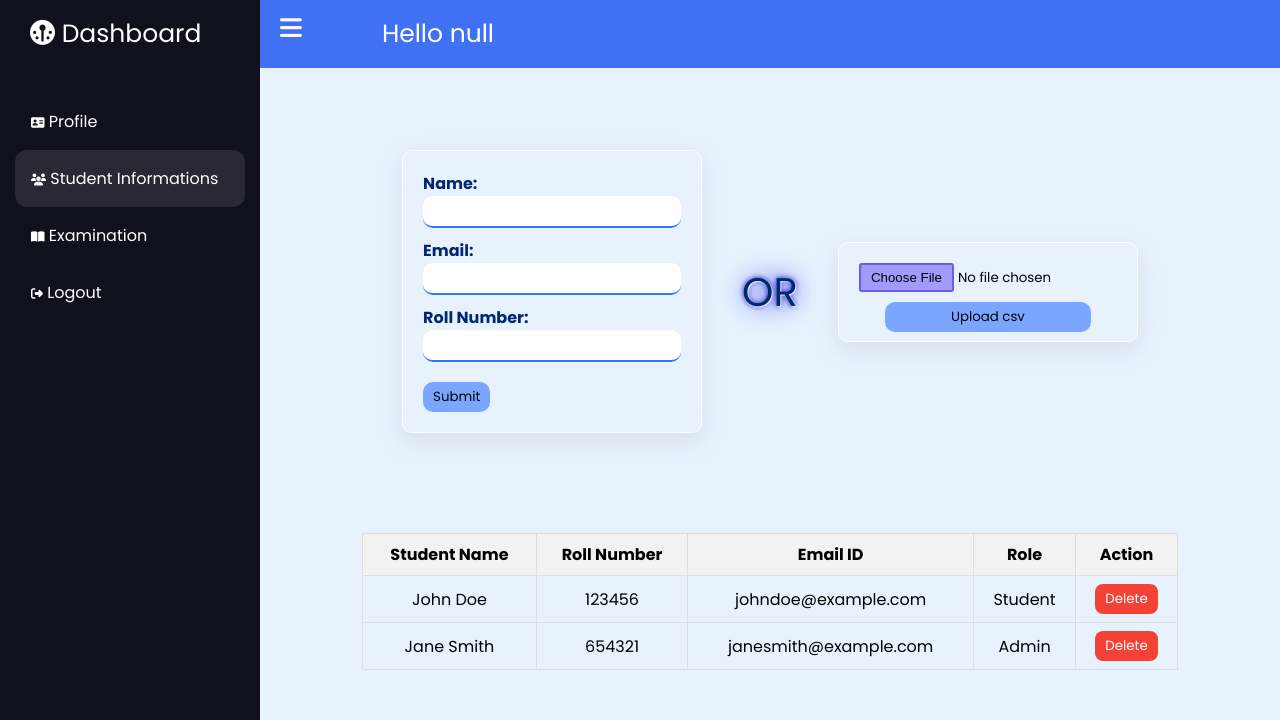
Repository: Buddhadip/ExamPortalApp_struts
Page: http://localhost/ExamWizard/WEB-INF/views/addStudent.jsp
An editor plug-in stored every save of this project. The page is shown before and after the next save, followed by the edit.
The browser window is 1280 px wide. The pictures show the whole page.
The page is served by Tomcat 9. Nobody is signed in. Other server files are loaded and not shown. The template is opened directly, without the code that normally fills it, so the values that code supplies are empty.

Above is the page before, as saved 2023-07-14 11:13:33.

### ExamWizard/src/main/webapp/WEB-INF/views/addStudent.jsp
<%@ page language="java" contentType="text/html; charset=ISO-8859-1"
    pageEncoding="ISO-8859-1"%>
<!DOCTYPE html>
<html>
<head>
<meta charset="ISO-8859-1">
<title>Student Details</title>
 <link rel="stylesheet" href="public/styles/addStudent.css" />
  <link rel="stylesheet" href="public/styles/adminHome.css" />
    <link
      rel="stylesheet"
      href="https://cdnjs.cloudflare.com/ajax/libs/font-awesome/6.4.0/css/all.min.css"
    />
</head>
<body>
<%@ taglib prefix="c" uri="http://java.sun.com/jsp/jstl/core" %>
<%
   // Retrieve a session attribute
   String username = (String) session.getAttribute("username");
%>
	 <nav class="sidebar">
      <a href="#" class="logo">
        <i class="fa-solid fa-gauge fa-spin"></i>
        Dashboard
      </a>

      <div class="menu-content">
        <ul class="menu-items">
          <li class="item">
            <a href="profile.do">
              <i class="fa-solid fa-address-card"></i>
              Profile</a
            >
          </li>

          <li class="item selected-item">
            <a href="studentPage.do">
              <i class="fa-solid fa-users"></i>
              Student Informations</a
            >
          </li>

          <li class="item">
            <a href="#">
              <i class="fa-solid fa-book-open"></i>
              Examination</a
            >
          </li>

          <li class="item">
            <a href="logout.do">
              <i class="fa-solid fa-right-from-bracket"></i>
              Logout</a
            >
          </li>
        </ul>
      </div>
    </nav>

    <nav class="navbar">
      <i class="fa-solid fa-bars" id="sidebar-close"></i>
      <div class="hellotext">Hello <%= username %></div>
    </nav>

    <main class="main">
      <div class="uploader">
        <div class="box">
          <form action="addUser.do" method="post" onsubmit="manageFormSubmit()">
            <div class="form-group">
              <label for="name">Name:</label>
              <input type="text" id="name" name="name" required />
            </div>
            <div class="form-group">
              <label for="email">Email:</label>
              <input type="email" id="email" name="email" required />
            </div>
            <div class="form-group">
              <label for="roll">Roll Number:</label>
              <input type="text" id="roll" name="roll" required />
            </div>
            <div class="submit-button">
              <input type="submit" value="Submit" />
            </div>
          </form>
        </div>
        <div class="or-class">OR</div>
        <div class="box2">
          <form
            action="uploadCSV.do"
            method="post"
            enctype="multipart/form-data"
          >
            <input type="file" name="file" accept=".csv" />
            <input type="submit" value="Upload csv" class="upload-button" />
          </form>
        </div>
      </div>

      <div class="student_details">
        <table>
          <thead>
            <tr>
              <th>Student Name</th>
              <th>Roll Number</th>
              <th>Email ID</th>
              <th>Role</th>
              <th>Action</th>
            </tr>
          </thead>
          <tbody>
           <c:forEach var="student" items="${studentlist}">
           	<tr>
              <td>${student.uname}</td>
              <td>${student.uroll}</td>
              <td>${student.email}</td>
              <td>${student.uroll}</td>
              <td>
                <button class="delete-button" onclick="deleteStudentById('${student.uid}')">
                  Delete
                </button>
              </td>
            </tr>
            </c:forEach>
            <tr>
              <td>John Doe</td>
              <td>123456</td>
              <td>johndoe@example.com</td>
              <td>Student</td>
              <td>
                <button class="delete-button" onclick="deleteStudentById(1)">
                  Delete
                </button>
              </td>
            </tr>
            <tr>
              <td>Jane Smith</td>
              <td>654321</td>
              <td>janesmith@example.com</td>
              <td>Admin</td>
              <td>
                <button class="delete-button" onclick="deleteStudentById(2)">
                  Delete
                </button>
              </td>
            </tr>
            <!-- Add more rows here -->
          </tbody>
        </table>
      </div>
    </main>

    <script src="public/js/addStudent.js"></script>
</body>
</html>

### ExamWizard/src/main/webapp/public/styles/addStudent.css


.uploader{
    display: flex;
    flex-direction: row;
      align-items: center;
  justify-content: center;

}
.or-class{
    font-size: 40px;
    margin: 40px;
    color: #002774;
    text-shadow: 1px 1px 2px rgb(255, 255, 255), 0 0 25px blue, 0 0 5px darkblue;
}

.box {
    border: 1px solid #ffffff;
    padding: 20px;
    width: 300px;
    border-radius: 10px;
    box-shadow: rgba(149, 157, 165, 0.2) 0px 8px 24px;

  }
  .form-group {
    margin-bottom: 10px;
  }
  .form-group label {
    display: block;
    font-weight: bold;
    color: #002774;
  }
  .form-group input {
    width: 100%;
    padding: 5px;
    border-radius: 10px;
    border: none;
    border-bottom: 2px solid #2f75ff;
  }
  .submit-button input {
    margin-top: 10px;
    background-color: #7aa6ff;
    padding: 5px 10px;
    border-radius: 10px;
    border: none;
    cursor: pointer;
  }
  .submit-button input:hover {
    background-color: #447ff3;
    color: white;
  }

  .box2{
    border: 1px solid #ffffff;
    padding: 20px;
    width: 300px;
    height: 100px;
    border-radius: 10px;
    box-shadow: rgba(149, 157, 165, 0.2) 0px 8px 24px;
  }
  .upload-button{
    margin-top: 10px;
    background-color: #7aa6ff;
    padding: 5px 10px;
    border-radius: 10px;
    border: none;
    cursor: pointer;
    width: 80%;
    margin-left: 10%;
  }
  input[type="file"]{

  }
  input[type="file"]::file-selector-button {
    border: 2px solid #6c5ce7;
    padding:5px 10px;
    border-radius: 0.2em;
    background-color: #a29bfe;
    transition: 1s;

  }

  input[type="file"]::-ms-browse:hover {
    background-color: #81ecec;
    border: 2px solid #00cec9;
  }

  input[type="file"]::-webkit-file-upload-button:hover {
    background-color: #81ecec;
    border: 2px solid #00cec9;
  }

  input[type="file"]::file-selector-button:hover {
    background-color: #81ecec;
    border: 2px solid #00cec9;
  }

  table {
    border-collapse: collapse;
    width: 100%;
    text-align: center;
  }
  th, td {
    border: 1px solid #ddd;
    padding: 8px;
  }
  th {
    background-color: #f2f2f2;
  }
  .delete-button {
    background-color: #f44336;
    border: none;
    color: white;
    padding: 5px 10px;
    text-align: center;
    text-decoration: none;
    display: inline-block;
    cursor: pointer;
    border-radius:8px;
  }
  .delete-button:hover {
    background-color: #d32f2f;
  }

  .student_details{
    margin:100px 40px;
    width: 80%;
  }

### ExamWizard/src/main/webapp/public/styles/adminHome.css
@charset "UTF-8";
/* Import Google font - Poppins */
@import url("https://fonts.googleapis.com/css2?family=Poppins:wght@200;300;400;500;600;700&display=swap");
* {
  margin: 0;
  padding: 0;
  box-sizing: border-box;
  font-family: "Poppins", sans-serif;
}
.sidebar {
  position: fixed;
  height: 100%;
  width: 260px;
  background: #11101d;
  padding: 15px;
  z-index: 99;
}
.logo {
  font-size: 25px;
  padding: 0 15px;
}
.sidebar a {
  color: #fff;
  text-decoration: none;
}
.menu-content {
  position: relative;
  height: 100%;
  width: 100%;
  margin-top: 40px;
  overflow-y: scroll;
}
.menu-content::-webkit-scrollbar {
  display: none;
}
.menu-items {
  height: 100%;
  width: 100%;
  list-style: none;
  transition: all 0.4s ease;
}
.submenu-active .menu-items {
  transform: translateX(-56%);
}
.item a,
.submenu-item {
  padding: 16px;
  display: inline-block;
  width: 100%;
  border-radius: 12px;
}
.item i {
  font-size: 12px;
}
.item a:hover,
.submenu-item:hover,
.submenu .menu-title:hover ,
.selected-item {
  background: rgba(255, 255, 255, 0.1);
  border-radius: 12px;
}
.submenu-item {
  display: flex;
  justify-content: space-between;
  align-items: center;
  color: #fff;
  cursor: pointer;
}
.submenu {
  position: absolute;
  height: 100%;
  width: 100%;
  top: 0;
  right: calc(-100% - 26px);
  height: calc(100% + 100vh);
  background: #11101d;
  display: none;
}
.show-submenu ~ .submenu {
  display: block;
}
.submenu .menu-title {
  border-radius: 12px;
  cursor: pointer;
}
.submenu .menu-title i {
  margin-right: 10px;
}
.navbar,
.main {
  left: 260px;
  width: calc(100% - 260px);
  transition: all 0.5s ease;
  z-index: 1000;
}
.sidebar.close ~ .navbar,
.sidebar.close ~ .main {
  left: 0;
  width: 100%;
}
.navbar {
  position: fixed;
  color: #fff;
  padding: 15px 20px;
  font-size: 25px;
  background: #4070f4;
  cursor: pointer;
  display:flex;
  flex-direction:row;

}

.navbar .hellotext{
  margin-left:80px;

}
.navbar #sidebar-close {
  cursor: pointer;
}
.main {
  position: relative;
  display: flex;
  align-items: center;
  justify-content: center;
  height: 100vh;
  z-index: 100;
  background: #e7f2fd;
  flex-direction:column;
  padding-top:200px;
}
.main h1 {
  color: #11101d;
  font-size: 40px;
  text-align: center;
}

### ExamWizard/src/main/webapp/public/js/addStudent.js
const sidebar = document.querySelector(".sidebar");
const sidebarClose = document.querySelector("#sidebar-close");
const menu = document.querySelector(".menu-content");
const menuItems = document.querySelectorAll(".submenu-item");
const subMenuTitles = document.querySelectorAll(".submenu .menu-title");

sidebarClose.addEventListener("click", () => sidebar.classList.toggle("close"));

menuItems.forEach((item, index) => {
  item.addEventListener("click", () => {
    menu.classList.add("submenu-active");
    item.classList.add("show-submenu");
    menuItems.forEach((item2, index2) => {
      if (index !== index2) {
        item2.classList.remove("show-submenu");
      }
    });
  });
});

subMenuTitles.forEach((title) => {
  title.addEventListener("click", () => {
    menu.classList.remove("submenu-active");
  });
});


function manageFormSubmit(){

}

After the next save:
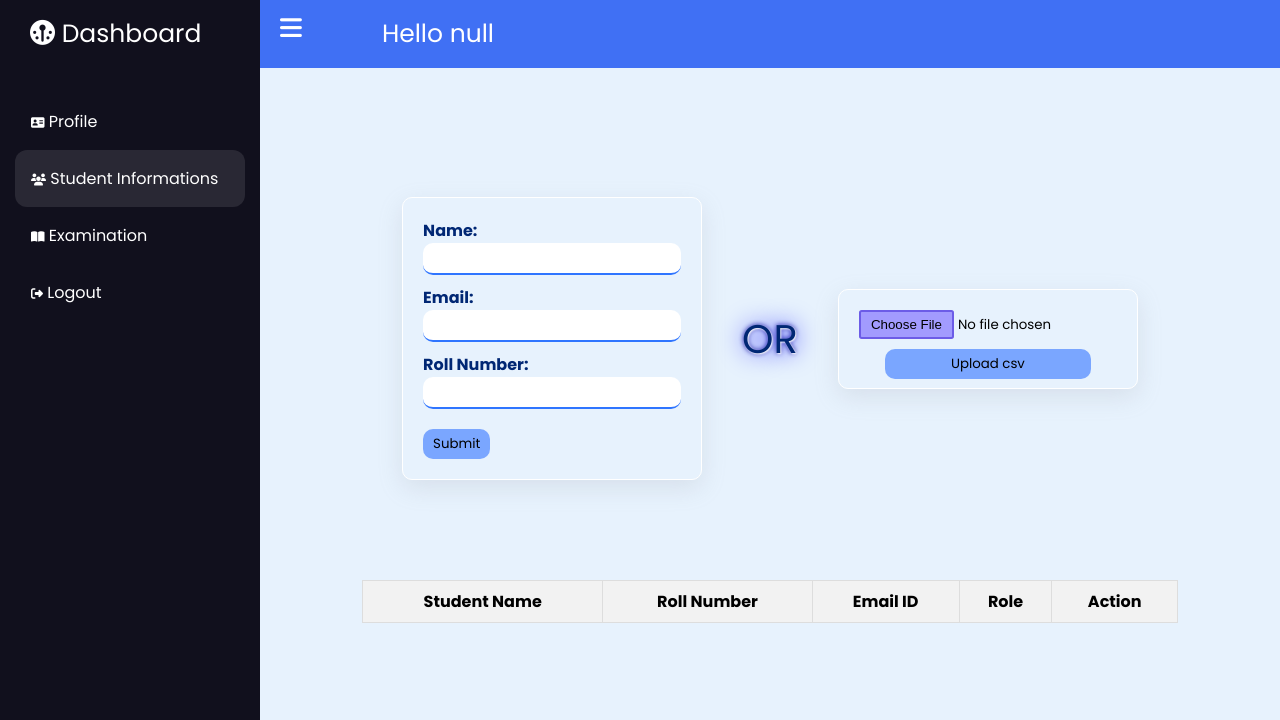
Saved 10 min 1 s later.
--- a/ExamWizard/src/main/webapp/WEB-INF/views/addStudent.jsp
+++ b/ExamWizard/src/main/webapp/WEB-INF/views/addStudent.jsp
@@ -121,28 +121,6 @@
               </td>
             </tr>
             </c:forEach>
-            <tr>
-              <td>John Doe</td>
-              <td>123456</td>
-              <td>johndoe@example.com</td>
-              <td>Student</td>
-              <td>
-                <button class="delete-button" onclick="deleteStudentById(1)">
-                  Delete
-                </button>
-              </td>
-            </tr>
-            <tr>
-              <td>Jane Smith</td>
-              <td>654321</td>
-              <td>janesmith@example.com</td>
-              <td>Admin</td>
-              <td>
-                <button class="delete-button" onclick="deleteStudentById(2)">
-                  Delete
-                </button>
-              </td>
-            </tr>
             <!-- Add more rows here -->
           </tbody>
         </table>
